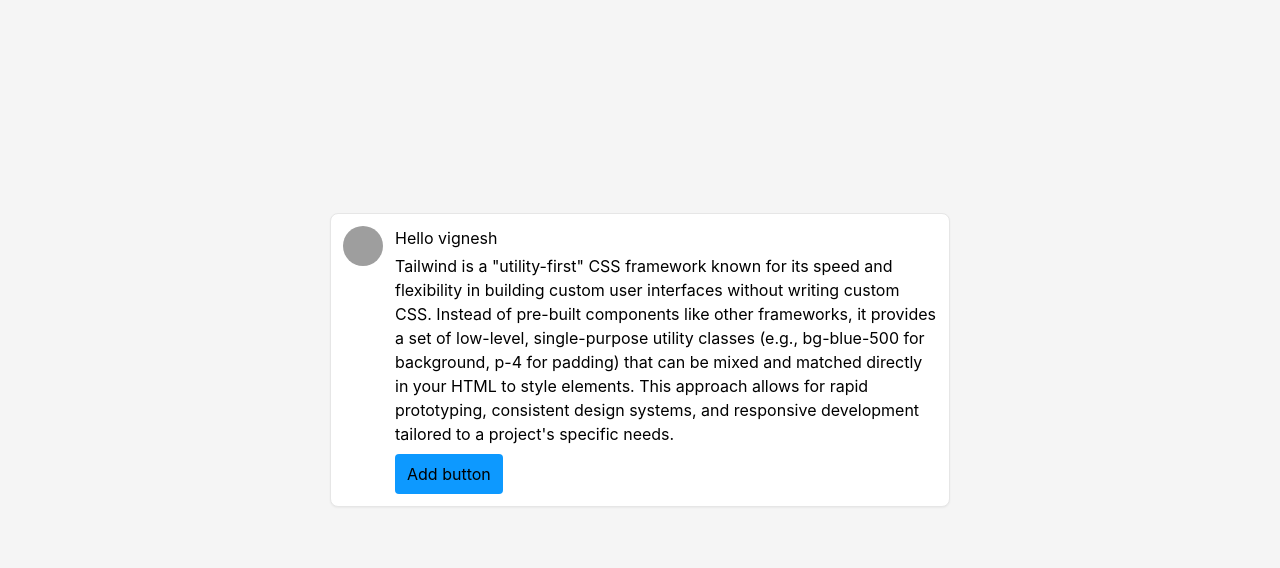
Repository: vignesh33654/resizablesidebar
Page: /
The author's editor kept a copy of each file at every save. The page is drawn from the files as they stood at one save, then again after the next save.
The browser window is 1280 px wide. The pictures show the whole page.
The project was rebuilt for these pictures with package versions that can differ from the ones it lists, and the page was loaded fresh each time.

Above is the page before, as saved 2025-11-11 10:31:39.

### index.html
<!doctype html>
<html lang="en">
  <head>
    <meta charset="UTF-8" />
    <link rel="icon" type="image/svg+xml" href="/vite.svg" />
    <meta name="viewport" content="width=device-width, initial-scale=1.0" />
    <title>ai-app</title>
  </head>
  <body>
    <div id="root"></div>
    <script type="module" src="/src/main.tsx"></script>
  </body>
</html>

### src/index.css
@import "tailwindcss";

@theme {

  --color-text-Primary: #37352f;
  --color-text-Secondary: #898986;
  --color-text-Tertiary: #acaba9;
  --color-text-Disabled: #d5d5d4;
  --color-text-white: #ffffff;

  /* Border Colors */
  --color-border-Primary: #e6e6e6;

  /* Background Colors */
  --color-Bg-0: #ffffff;
  --color-Bg-1: #f5f5f5;
  --color-Bg-2: #f1f0f1;

  /* Primitive Colors */
  --color-color-primary: #0d99ff;
  --color-color-success: #14ae5c;
  --color-color-failure: #f24822;
  --color-color-warning: #ffcd29;

  /* Font Sizes */
  --font-size-h1: 30px;
  --font-size-h2: 24px;
  --font-size-h3: 20px;
  --font-size-body-16: 16px;
  --font-size-body-14: 14px;
  --font-size-body-13: 13px;
  --font-size-small-12: 12px;
  --font-size-small-11: 11px;
  --font-size-small-10: 10px;

  /* Line Heights */
  --line-height-h1: 40px;
  --line-height-h2: 32px;
  --line-height-h3: 32px;
  --line-height-body: 24px;
  --line-height-small: 16px;

  /* Shadows */
  --shadow-sm: 0 1px 2px #0000000d;
  --shadow-md: 0 4px 6px #0000001a;
  --shadow-lg: 0 10px 15px #00000026;

}

/* default css styles */
:root {
  font-family: inter, system-ui;
  background-color: #ffffff;

  font-synthesis: none;
  text-rendering: optimizeLegibility;
  -webkit-font-smoothing: antialiased;
  -moz-osx-font-smoothing: grayscale;

   h1 {
    font-size: var(--font-size-h1);
    line-height: var(--line-height-h1);
    letter-spacing: -2.1%;
    font-weight: 600;
  }

  h2 {
    font-size: var(--font-size-h2);
    line-height: var(--line-height-h2);
    letter-spacing: -1.9%;
    font-weight: 600;
  }

  h3 {
    font-size: var(--font-size-h3);
    line-height: var(--line-height-h3);
    letter-spacing: -1.7%;
    font-weight: 600;
  }

  p {
    font-size: var(--font-size-body-16);
    line-height: var(--line-height-body);
    letter-spacing: -1.1%;
    font-weight: 400;
  }

  text-color {
    --primary: var(--color-text-Primary);
    --secondary: var(--color-text-Secondary);
   --tertiary: var(--color-text-Tertiary);
   --disabled: var(--color-text-Disabled);
   --white: var(--color-text-white);
  }

  bg-color {
    --bg0: var(--color-Bg-0);
    --bg1: var(--color-Bg-1);
    --bg2: var(--color-Bg-2);
    --primary: var(--color-color-primary);
    --success: var(--color-color-success);
    --failure: var(--color-color-failure);
    --warning: var(--color-color-warning);
  }

  font-size {
    --h1: var(--font-size-h1);
    --h2: var(--font-size-h2);
    --h3: var(--font-size-h3);
    --body-16: var(--font-size-body-16);
    --body-14: var(--font-size-body-14);
    --body-13: var(--font-size-body-13);
    --small-12: var(--font-size-small-12);
    --small-11: var(--font-size-small-11);
    --small-10: var(--font-size-small-10);
  }

  border-color {
    --primary: var(--color-border-Primary);
  }
}

### src/App.tsx
const imgAvatar = "http://localhost:3845/assets/33bd599f3caa820c5ba115be2d1ef7b018f59693.svg";

export default function App() {
  return (
    <div className="min-h-screen bg-Bg-1 flex items-center justify-center p-8">
      <div className="bg-Bg-0 border border-border-Primary rounded-lg p-3 flex gap-3 max-w-[620px] shadow-sm">
        {/* Avatar */}
        <div className="shrink-0 w-10 h-10">
          <img
            alt="Avatar"
            className="w-full h-full rounded-full object-cover"
            src={imgAvatar}
          />
        </div>

        {/* Content */}
        <div className="flex flex-col gap-1">
        <div className="text-text-tertiary text-size-h1" > Hello vignesh </div>

          <div className="color-text-tertiary text-font-size-h1">
            Tailwind is a "utility-first" CSS framework known for its speed and flexibility in building custom user interfaces without writing custom CSS. Instead of pre-built components like other frameworks, it provides a set of low-level, single-purpose utility classes (e.g., bg-blue-500 for background, p-4 for padding) that can be mixed and matched directly in your HTML to style elements. This approach allows for rapid prototyping, consistent design systems, and responsive development tailored to a project's specific needs.
          </div>

          <button className="font-size-body-16 text-color-secondary bg-color-primary px-3 py-2 rounded mt-1 self-start hover:opacity-90 transition-opacity">
          Add button
          </button>
        </div>
      </div>
    </div>
  )
}

Loaded but not shown: src/main.tsx (common file)

After the next save:
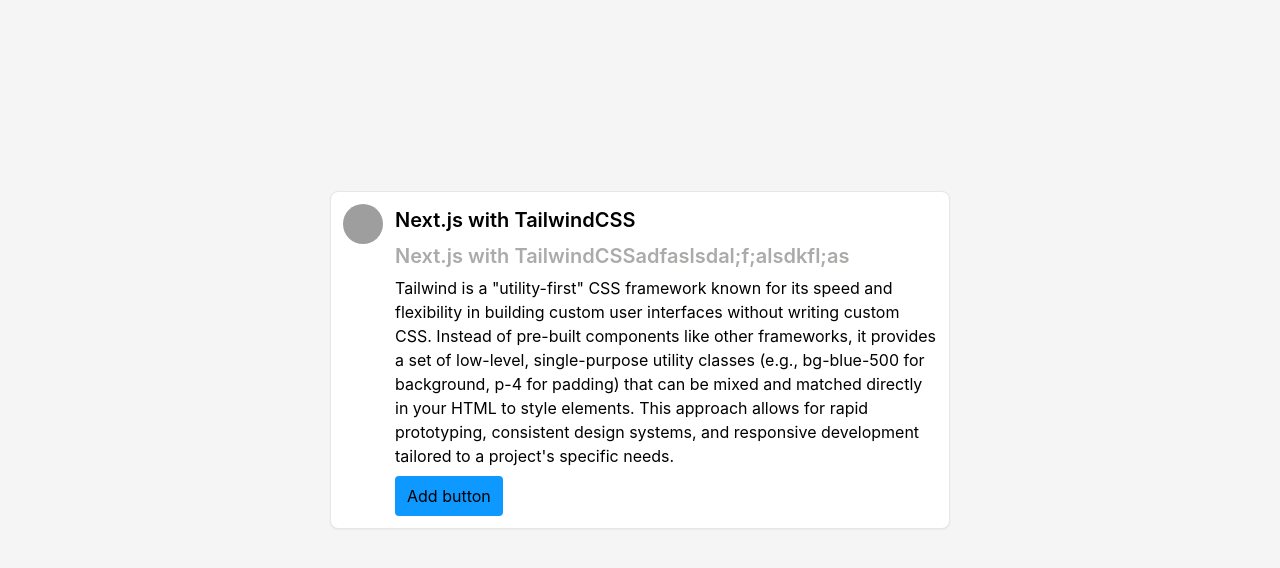
Saved 16 s later.
--- a/src/App.tsx
+++ b/src/App.tsx
@@ -15,7 +15,14 @@
 
         {/* Content */}
         <div className="flex flex-col gap-1">
-        <div className="text-text-tertiary text-size-h1" > Hello vignesh </div>
+          <h3 className="text-text-primary">
+            Next.js with TailwindCSS
+          </h3>
+          <div>
+            <h3 className="text-text-Tertiary">
+              Next.js with TailwindCSSadfaslsdal;f;alsdkfl;as
+            </h3>
+          </div>
 
           <div className="color-text-tertiary text-font-size-h1">
             Tailwind is a "utility-first" CSS framework known for its speed and flexibility in building custom user interfaces without writing custom CSS. Instead of pre-built components like other frameworks, it provides a set of low-level, single-purpose utility classes (e.g., bg-blue-500 for background, p-4 for padding) that can be mixed and matched directly in your HTML to style elements. This approach allows for rapid prototyping, consistent design systems, and responsive development tailored to a project's specific needs.
